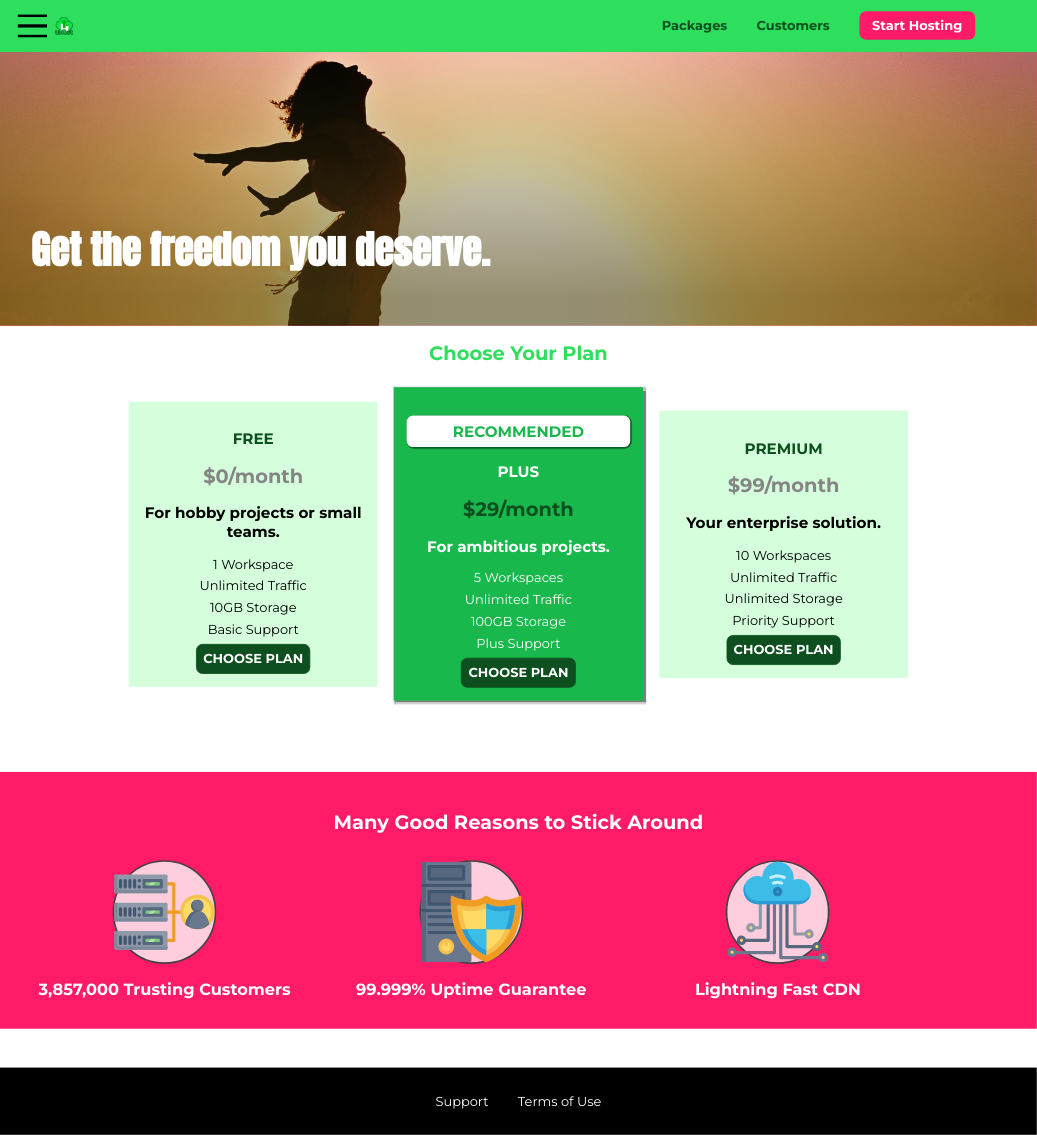
Repository: luacooli/css-course
Page: my_project/index.html
These files come from the project's save history. The page is drawn as it stood at one moment and after the next save; the edit follows.
The browser window is 1280 px wide. The pictures show the whole page, at 81% of full size.

Above is the page before, as saved 2020-09-16 06:43:04.

After the next save:
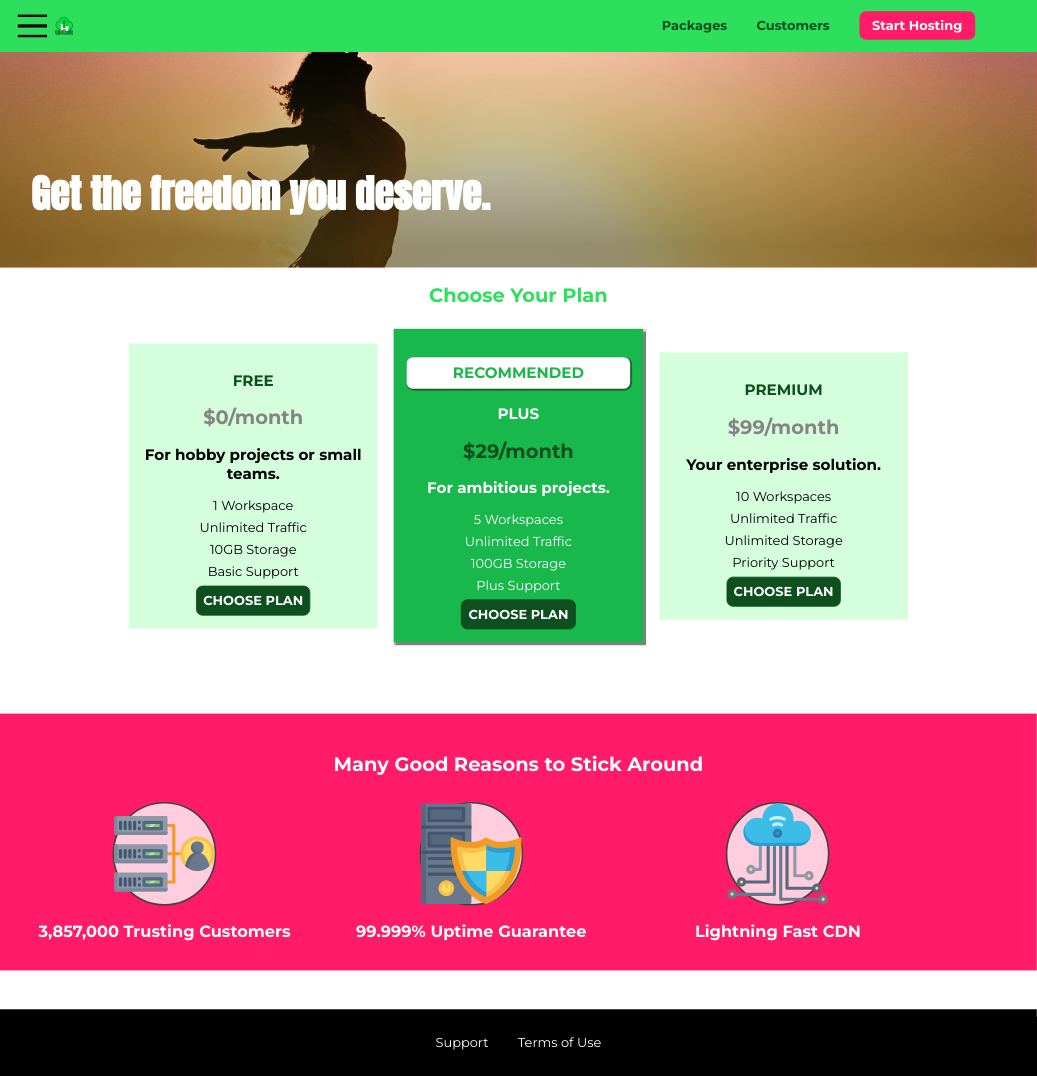
Saved 70 s later.
--- a/my_project/main.css
+++ b/my_project/main.css
@@ -34,13 +34,6 @@
 
   #product-overview h1 {
     font-size: 3rem;
-  }
-}
-
-@media (min-width: 60rem) {
-  #product-overview {
-    height: 50vh;
-    background-position: 50% 25%;
   }
 }
 
